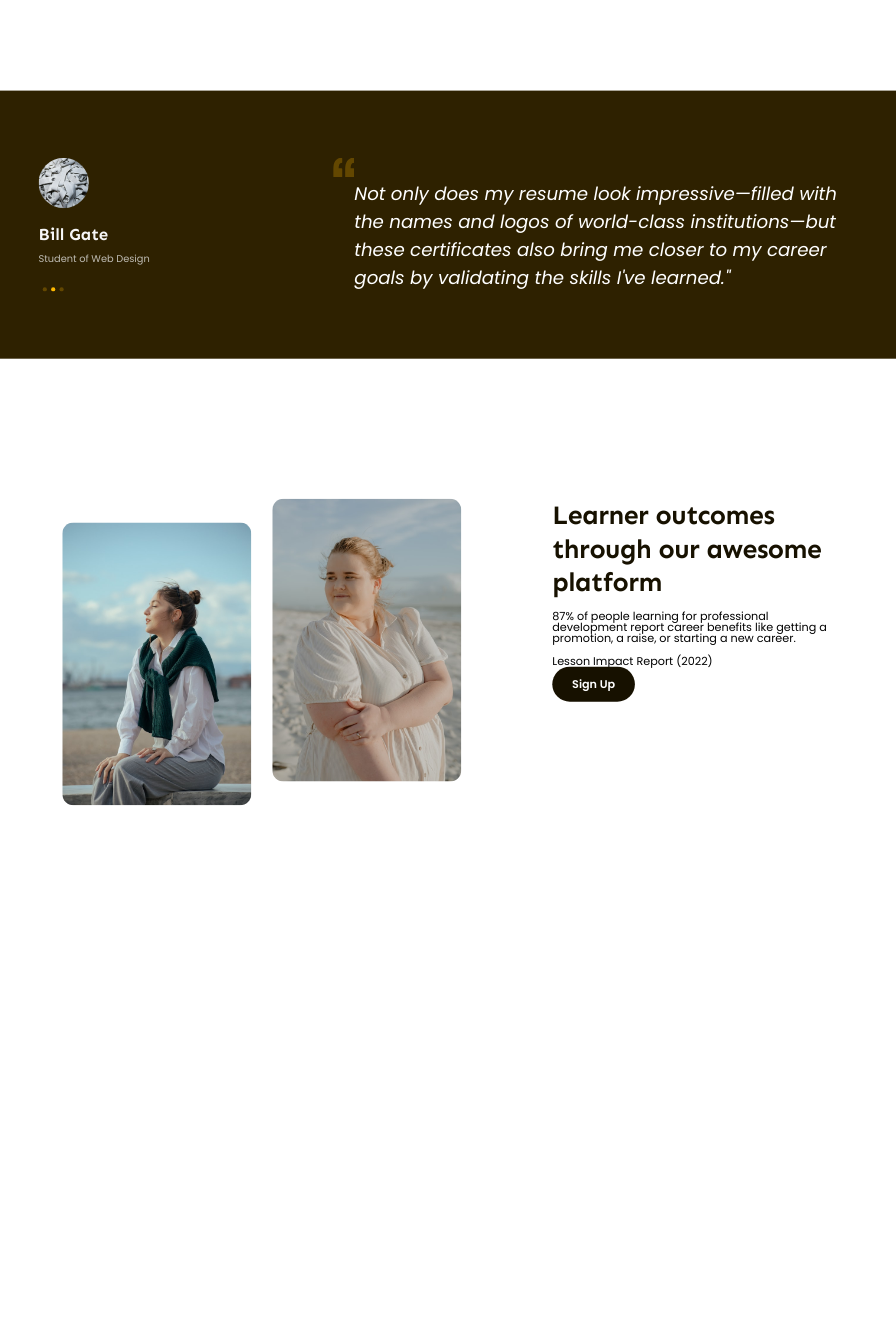
Repository: dovanlanh/f8-project-02
Page: index.html
These files come from the project's save history. The page is drawn as it stood at one moment and after the next save; the edit follows.
The browser window is 1280 px wide. The pictures show the part of the page from y = 1819 to 3739 px (the page is 10000 px tall), at 70% of full size.

Above is the page before, as saved 2023-02-10 09:03:36.

After the next save:
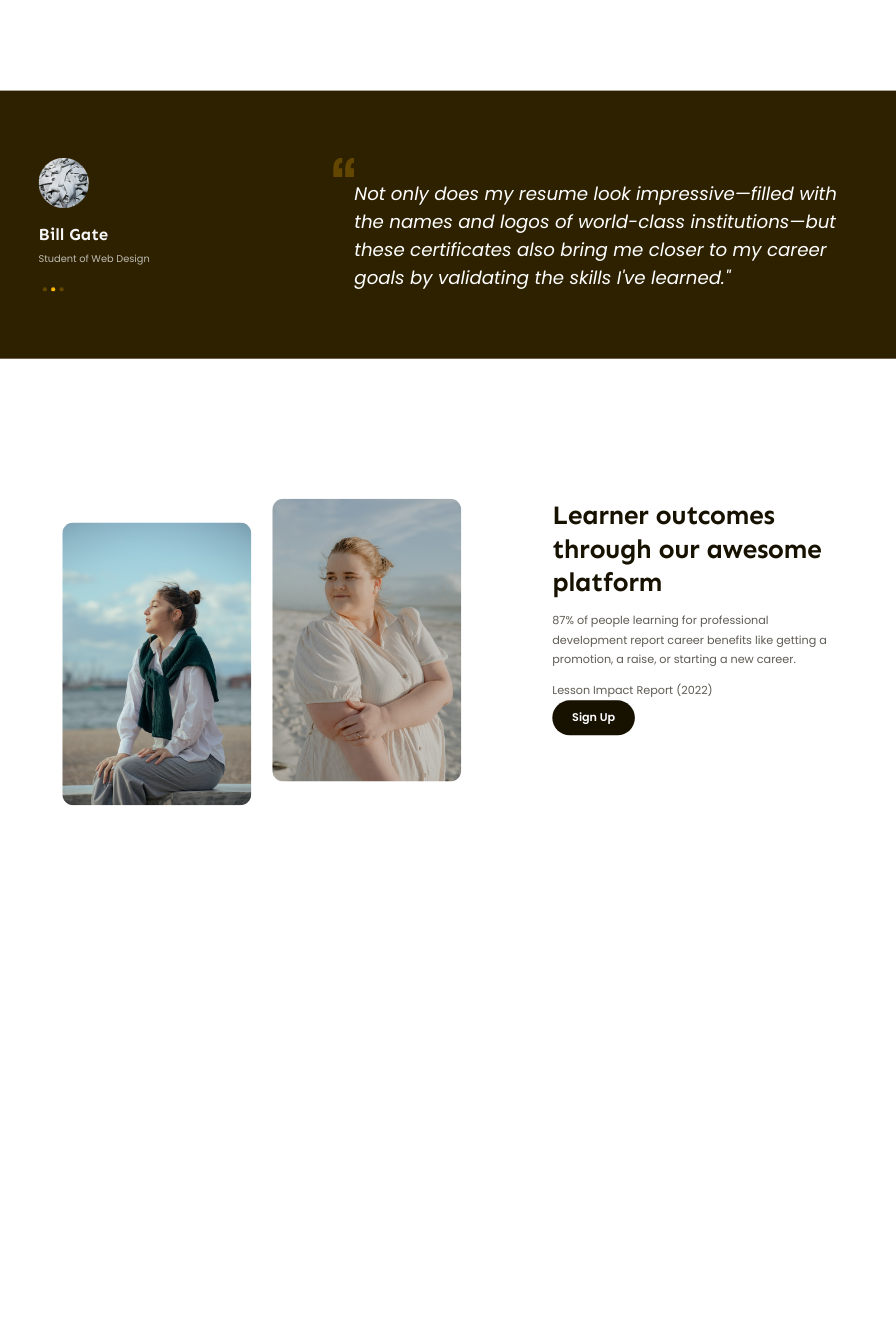
Saved 21 s later.
--- a/assets/css/styles.css
+++ b/assets/css/styles.css
@@ -467,4 +467,11 @@ a {
 }
 .features .feature-desc {
     margin-top: 16px;
-}
+    font-weight: 400;
+font-size: 16px;
+line-height: 1.75;
+/* or 175% */
+
+
+color: #5F5B53;
+}
